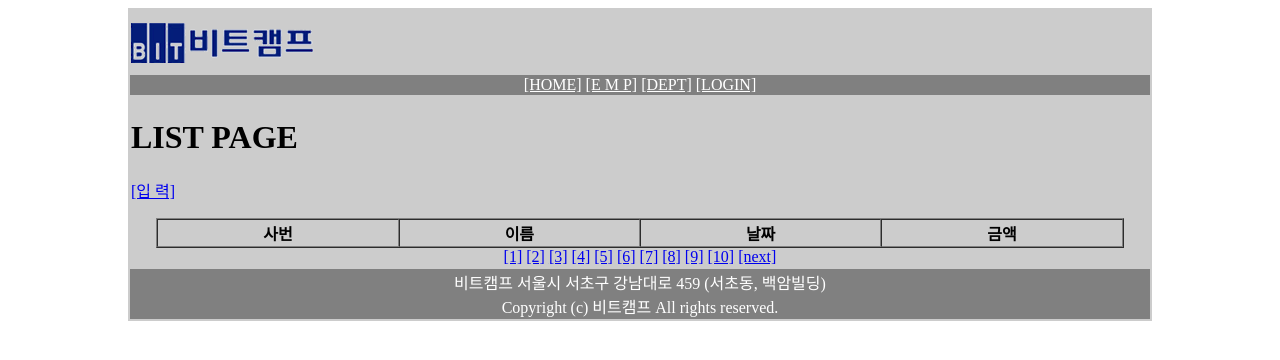
Repository: kwakjaeyeon/webWorkspace
Page: http://localhost/web05/emp/list.jsp?page=1
The author's editor kept a copy of each file at every save. The page is drawn from the files as they stood at one save, then again after the next save.
The browser window is 1280 px wide. The pictures show the whole page.
The page is served by Tomcat 9. Queries for data that is not in the repository find no rows.

Above is the page before, as saved 2020-07-03 05:47:03.

After the next save:
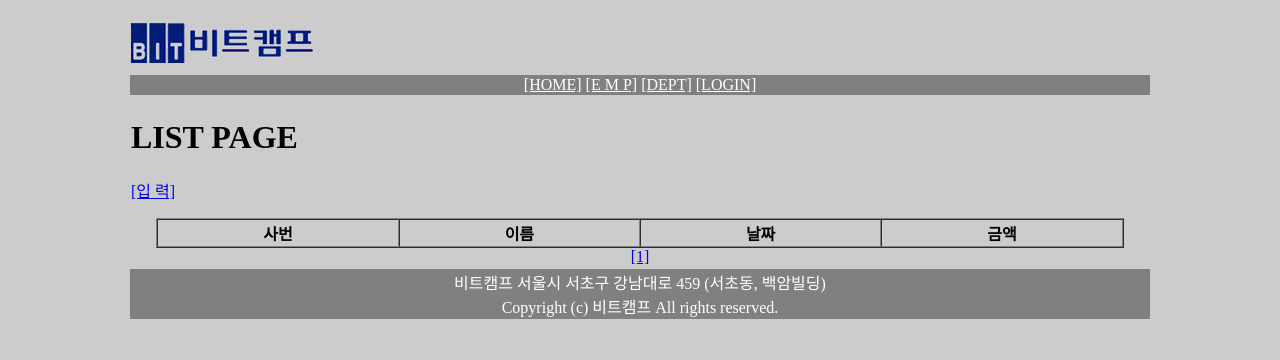
Saved 13 min 2 s later.
--- a/web05/WebContent/emp/list.jsp
+++ b/web05/WebContent/emp/list.jsp
@@ -6,9 +6,9 @@
 <meta http-equiv="Content-Type" content="text/html; charset=EUC-KR">
 <title>Insert title here</title>
 </head>
-<body>
-<%@ include file = "../template/header.jspf" %>
-<%@ include file = "../template/menu.jspf" %>
+<body bgcolor="#cccccc">
+<%@ include file="../template/header.jspf" %>
+<%@ include file="../template/menu.jspf" %>
 	<h1>LIST PAGE</h1>
 	<p align = "left"><a href = "add.jsp">[입 력]</a></p>
 	<table width = "95%" border = "1" cellspacing = "0" align = "center">
@@ -19,71 +19,65 @@
 			<th>금액</th>
 		</tr>
 		<%
-		int tot = 400; // select count(*) from emp01;
-		int p = 1; // page
-		String param = request.getParameter("page");
-		if(param != null) p = Integer.parseInt(param);
+		int tot=0;
+		int p=1;
+		String param=request.getParameter("page");
+		if(param!=null) p=Integer.parseInt(param);
 
-		int startNum = 1 + (p-1) * 10; // ,11, 21, 31
-		int endNum = 10 + (p-1) * 10; // ,20, 30, 40
-		String sql = "select * from (select rownum as rn, sabun, name, nalja, pay from ";
-		sql += "(select * from emp01 order by sabun desc)) where rn between ";
-		sql += startNum + " and " + endNum;
-		System.out.println(sql);
+		int startNum=1+(p-1)*10;//	01,11,21,31
+		int endNum=10+(p-1)*10; //	10,20,30,40
+		String sql="select * from (select rownum as rn,sabun,name,nalja,pay from ";
+		sql+=" (select * from emp01 order by sabun desc)) where rn between ";
+		sql+=startNum+" and "+endNum;
 
-		try {
-			conn = DriverManager.getConnection(url, user, password);
-			stmt = conn.createStatement();
-			rs = stmt.executeQuery("select count(*) from emp01");
-			if(rs.next()) rs.getInt(1);
-			stmt.close();
-			rs.close();
-			stmt = conn.createStatement();
-			rs = stmt.executeQuery(sql);
-			while(rs.next()) {
+		try{
+			conn=DriverManager.getConnection(url, user, password);
+			stmt=conn.createStatement();
+			rs=stmt.executeQuery("select count(*) from emp01");
+			if(rs.next())tot=rs.getInt(1);
+			//stmt.close();
+			//rs.close();
+			stmt=conn.createStatement();
+			rs=stmt.executeQuery(sql);
+			while(rs.next()){
 		%>
 		<tr>
-			<td><a href = "#"><%=rs.getInt("sabun") %></a></td>
-			<td><a href = "#"><%=rs.getString("name") %></a></td>
-			<td><a href = "#"><%=rs.getDate("nalja") %></a></td>
-			<td><a href = "#"><%=rs.getInt("pay") %></a></td>
+			<td><a href="#"><%=rs.getInt("sabun") %></a></td>
+			<td><a href="#"><%=rs.getString("name") %></a></td>
+			<td><a href="#"><%=rs.getDate("nalja") %></a></td>
+			<td><a href="#"><%=rs.getInt("pay") %></a></td>
 		</tr>
 		<%
 			}
-		} finally {
-			if(rs != null) rs.close();
-			if(stmt != null) stmt.close();
-			if(conn != null) conn.close();
+		}finally{
+			if(rs!=null)rs.close();
+			if(stmt!=null)stmt.close();
+			if(conn!=null)conn.close();
 		}
-
 		%>
 	</table>
 	<center>
 	<!--  -->
 	<%
-	int lang = 10;
-	int limit = (tot-1)/10+1;
-	int start = ((p-1)/lang)*lang;
-	int end = start+lang;
-	if(end>limit) end = limit;
-	if(p >= lang+1) {
-		out.print("<a href = list.jsp?page=" + (start-11) + ">[prev]</a>");
+	int lang=10;
+	int limit=(tot-1)/10+1;
+	int start=((p-1)/lang)*lang;
+	int end=start+lang;
+	if(end>limit) end=limit;
+	if(p>=lang+1){
+		out.print("<a href=list.jsp?page="+(start)+">[prev]</a>");
 	}
-	for(int i=start; i<end; i++) {
+	for(int i=start; i<end; i++){
 	%>
-	<a href = "list.jsp?page=<%=i+1%>">[<%=i+1%>]</a>
+	<a href="list.jsp?page=<%=i+1%>">[<%=i+1%>]</a>
 	<%
 	}
-	if(end<limit) {
-	out.print("<a href = list.jsp?page=" + (end) + ">[next]</a>");
+	if(end<limit){
+	out.print("<a href=list.jsp?page="+(end+1)+">[next]</a>");
 	}
 	%>
 
-
 	</center>
-
-
-<%@ include file = "../template/footer.jspf" %>
-
+<%@ include file="../template/footer.jspf" %>
 </body>
 </html>
